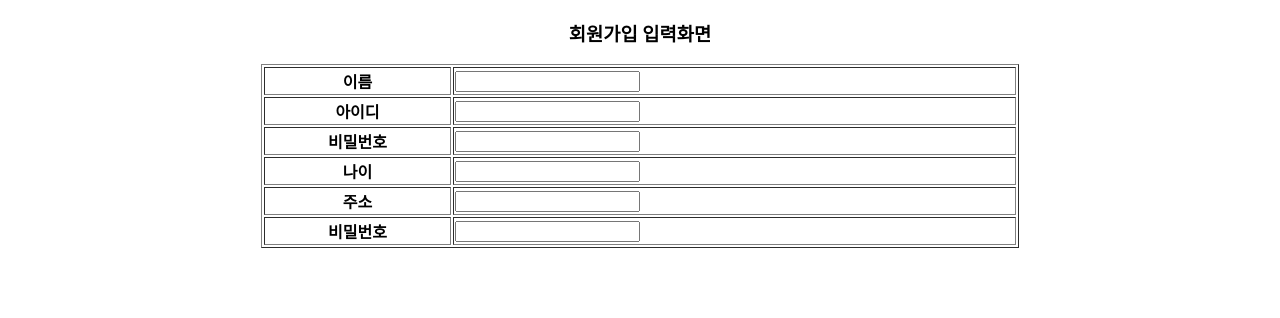
Repository: KeekeunTae/TeamC
Page: Study_Web/workspace/01.FirstProject/WebContent/memberJoinForm.html
The author's editor kept a copy of each file at every save. The page is drawn from the files as they stood at one save, then again after the next save.
The browser window is 1280 px wide. The pictures show the whole page.

Above is the page before, as saved 2021-11-08 07:53:27.

After the next save:
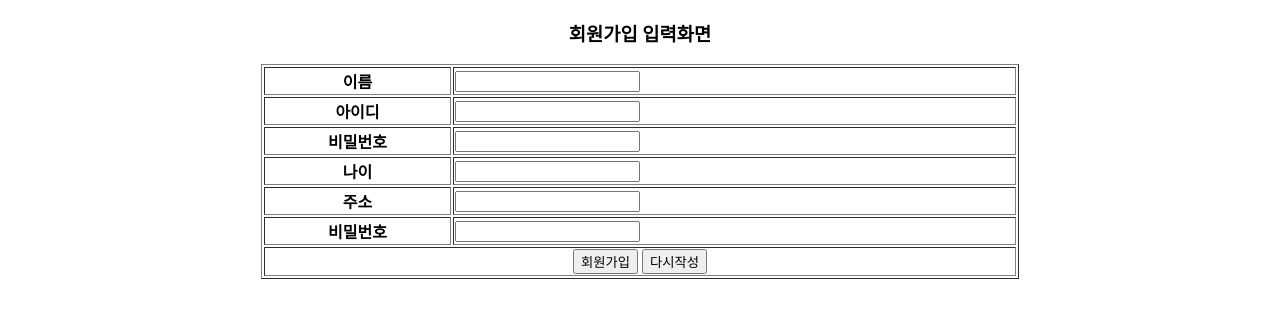
Saved 10 min 26 s later.
--- a/Study_Web/workspace/01.FirstProject/WebContent/memberJoinForm.html
+++ b/Study_Web/workspace/01.FirstProject/WebContent/memberJoinForm.html
@@ -33,6 +33,12 @@
 		<th>비밀번호</th>
 		<td><input type="password" name="pw" required="required"/></td>
 	</tr>
+		<tr>
+		<td colspan="2" align="center">
+			<input type="submit" value="회원가입"/>
+			<input type="reset" value="다시작성"/>
+		</td>
+	</tr>
 </table>
 </form>
 </div>
